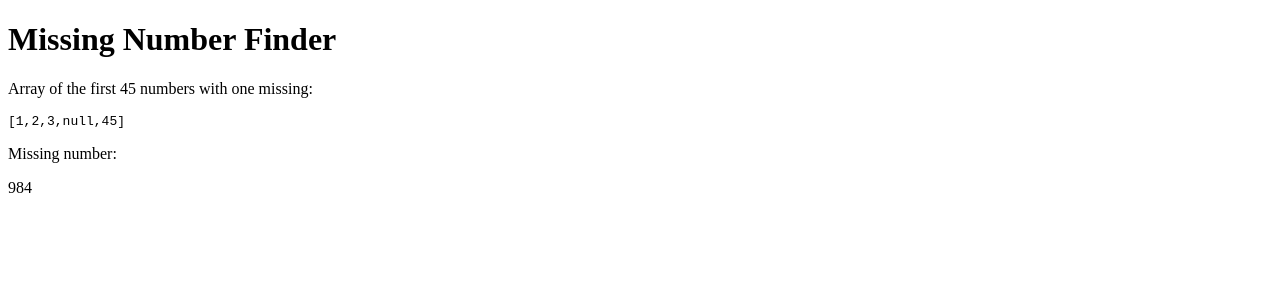
Repository: devblackie/missingNumberFinder
Page: index.html
An editor plug-in stored every save of this project. The page is shown before and after a run of saves, followed by the edit.
The browser window is 1280 px wide. The pictures show the whole page.

Above is the page before, as saved 2023-08-23 14:47:19.

### index.html
<!DOCTYPE html>
<html lang="en">
  <head>
    <meta charset="UTF-8" />
    <meta name="viewport" content="width=device-width, initial-scale=1.0" />
    <title>Missing Integer Finder</title>
  </head>
  <body>
    <h1>Missing Number Finder</h1>

    <p>Array of the first 45 numbers with one missing:</p>
    <pre id="numbers"></pre>

    <p>Missing number:</p>
    <p id="missingNumber"></p>
    <script src="index.js"></script>
  </body>
</html>

### index.js
function findMissingNumber(arr) {
    const n = 45; // Total number of integers
    const totalSum = (n * (n + 1)) / 2; // Sum of the first n integers
    const arraySum = arr.reduce((acc, num) => acc + num, 0); // Sum of elements in the array

    return totalSum - arraySum;
  }

  const numbers = [1, 2, 3,, 45]; // Array of the first 45 numbers with one missing
  const missingNumber = findMissingNumber(numbers);

  document.getElementById("numbers").textContent = JSON.stringify(numbers);
  document.getElementById("missingNumber").textContent = missingNumber;

After the next 5 saves:
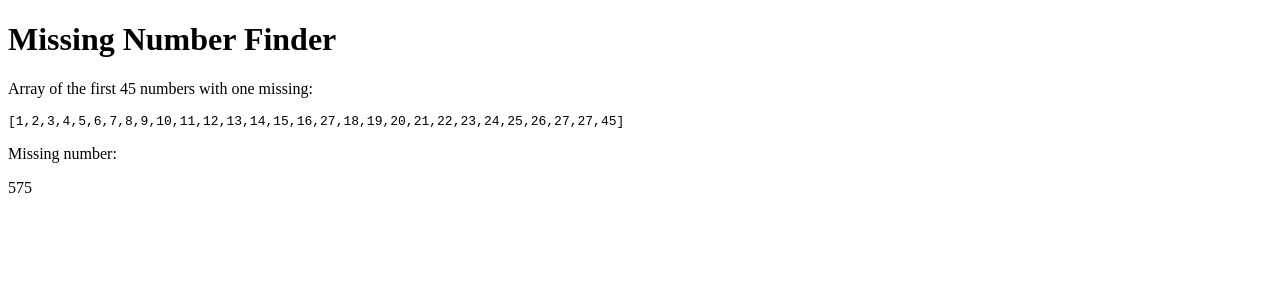
The 5 saves are shown as one change because they came seconds apart.
The last was saved 82 s later.
--- a/index.js
+++ b/index.js
@@ -6,7 +6,7 @@ function findMissingNumber(arr) {
     return totalSum - arraySum;
   }
 
-  const numbers = [1, 2, 3,, 45]; // Array of the first 45 numbers with one missing
+  const numbers = [1, 2, 3,4,5,6,7,8,9,10,11,12,13,14,15,16,27,18,19,20,21,22,23,24,25,26,27,27, 45]; // Array of the first 45 numbers with one missing
   const missingNumber = findMissingNumber(numbers);
 
   document.getElementById("numbers").textContent = JSON.stringify(numbers);
